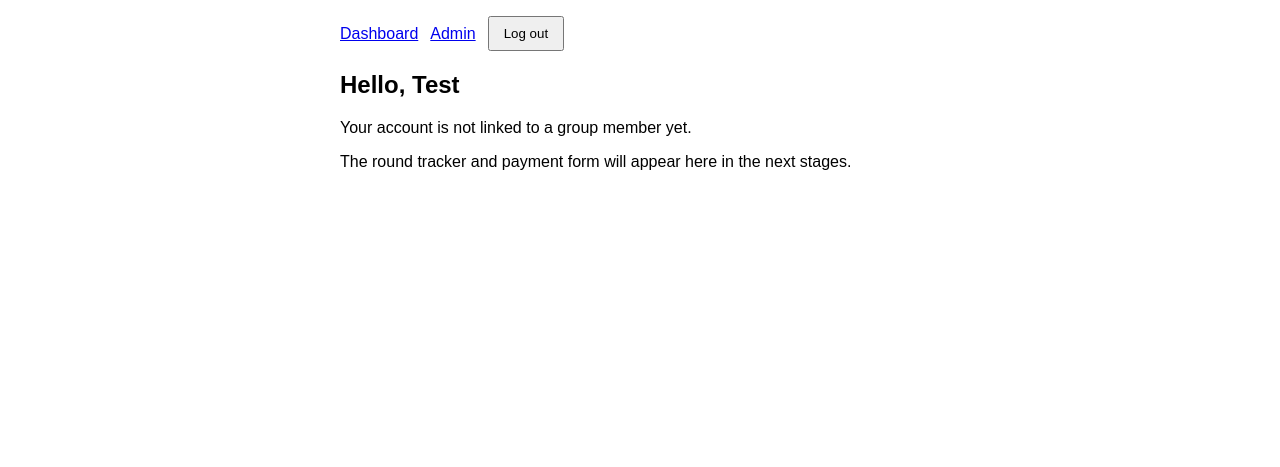
Repository: dennisanyomi/savings-website
Page: http://localhost/
These files come from the project's save history. The page is drawn as it stood at one moment and after the next save; the edit follows.
The browser window is 1280 px wide. The pictures show the whole page.
The page is served by the project's application, run on Django 5.2 (manage.py). A made-up administrator, testuser (Test User, test@example.com), is signed in. Queries for data that is not in the repository find no rows.

Above is the page before, as saved 2026-09-30 02:38:27.

After the next save:
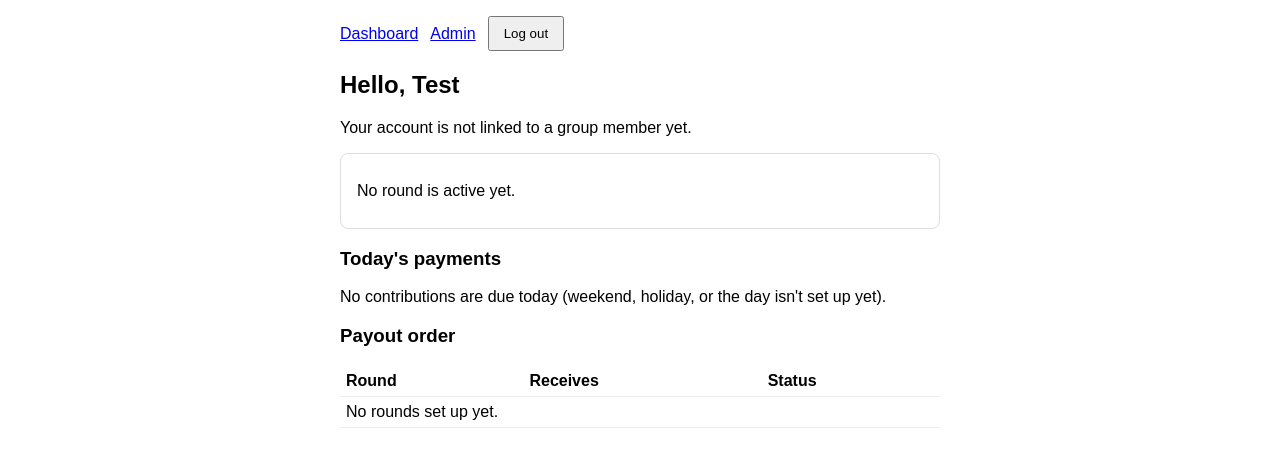
Saved 32 s later.
--- a/savings/templates/dashboard.html
+++ b/savings/templates/dashboard.html
@@ -1,10 +1,47 @@
 {% extends "base.html" %}
 {% block content %}
 <h2>Hello, {{ user.first_name|default:user.username }}</h2>
+
 {% if member %}
   <p>Your payout position: <strong>{{ member.payout_position }}</strong> of 10</p>
 {% else %}
   <p>Your account is not linked to a group member yet.</p>
 {% endif %}
-<p>The round tracker and payment form will appear here in the next stages.</p>
+
+{% if current_round %}
+<div class="card">
+  <h3>Round {{ current_round.number }} of 10</h3>
+  <p>Receiving this round: <strong>{{ current_round.recipient }}</strong></p>
+  <p>School day {{ days_done }} of {{ days_per_round }}</p>
+  <p>Collected: GH₵ {{ collected|floatformat:0 }} of {{ target }}</p>
+  <div class="bar"><div class="bar-fill" style="width: {{ percent }}%"></div></div>
+</div>
+{% else %}
+<div class="card"><p>No round is active yet.</p></div>
+{% endif %}
+
+<h3>Today's payments</h3>
+{% if today_status %}
+  <ul class="plain">
+    {% for row in today_status %}
+      <li>{{ row.member }}: <span class="status {{ row.status }}">{{ row.status|title }}</span></li>
+    {% endfor %}
+  </ul>
+{% else %}
+  <p>No contributions are due today (weekend, holiday, or the day isn't set up yet).</p>
+{% endif %}
+
+<h3>Payout order</h3>
+<table>
+  <tr><th>Round</th><th>Receives</th><th>Status</th></tr>
+  {% for r in all_rounds %}
+    <tr>
+      <td>{{ r.number }}</td>
+      <td>{{ r.recipient }}</td>
+      <td>{{ r.get_status_display }}</td>
+    </tr>
+  {% empty %}
+    <tr><td colspan="3">No rounds set up yet.</td></tr>
+  {% endfor %}
+</table>
 {% endblock %}
